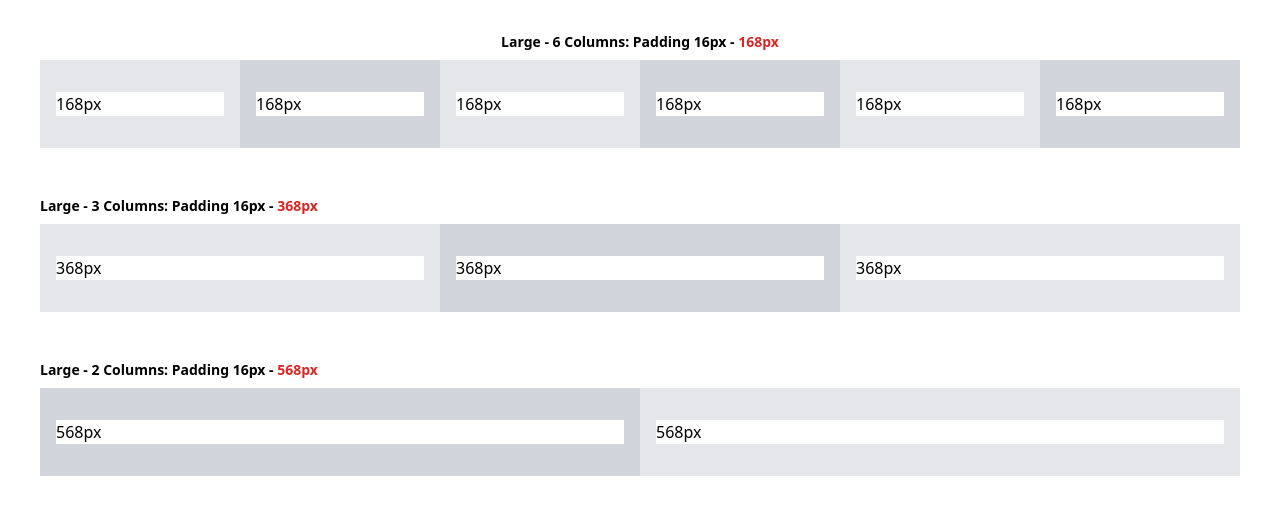
Repository: fabianwurk/vue-tailwind
Page: /
An editor plug-in stored every save of this project. The page is shown before and after the next save, followed by the edit.
The browser window is 1280 px wide. The pictures show the whole page.
The project was rebuilt for these pictures with package versions that can differ from the ones it lists, and the page was loaded fresh each time. Also part of the build but not shown: vite.config.js.

Above is the page before, as saved 2021-03-16 00:02:09.

### src/App.vue
<template>
  <Tail />
  <!-- <Wind /> -->
</template>

<script setup>
import Tail from './components/Tail.vue';
// import Wind from './components/Wind.vue';

</script>

### src/components/Tail.vue
<template>
  <div>

  <div class="container mx-auto">
    <h2 class="text-sm font-bold mb-2 mt-8 text-center">Large - 6 Columns: Padding 16px - <span class="text-red-600">{{ sixCol }}</span></h2>
    <div class="flex items-center">
      <div class="w-1/6 bg-gray-200 mb-4 mt-0 py-8 px-4">
        <span class="bg-white w-full block">{{ sixCol }}</span>
      </div>
      <div class="w-1/6 bg-gray-300 mb-4 mt-0 py-8 px-4">
        <span class="bg-white w-full block">{{ sixCol }}</span>
      </div>
      <div class="w-1/6 bg-gray-200 mb-4 mt-0 py-8 px-4">
        <span class="bg-white w-full block">{{ sixCol }}</span>
      </div>
      <div class="w-1/6 bg-gray-300 mb-4 mt-0 py-8 px-4">
        <span class="bg-white w-full block">{{ sixCol }}</span>
      </div>
      <div class="w-1/6 bg-gray-200 mb-4 mt-0 py-8 px-4">
        <span class="bg-white w-full block">{{ sixCol }}</span>
      </div>
      <div class="w-1/6 bg-gray-300 mb-4 mt-0 py-8 px-4">
        <span class="bg-white w-full block">{{ sixCol }}</span>
      </div>
    </div>
  </div>

  <div class="container mx-auto">
    <h2 class="text-sm font-bold mb-2 mt-8">Large - 3 Columns: Padding 16px - <span class="text-red-600">{{ threeCol }}</span></h2>
    <div class="flex items-center">
      <div class="w-1/3 bg-gray-200 mb-4 mt-0 py-8 px-4">
        <span class="bg-white w-full block">{{ threeCol }}</span>
      </div>
      <div class="w-1/3 bg-gray-300 mb-4 mt-0 py-8 px-4">
        <span class="bg-white w-full block">{{ threeCol }}</span>
      </div>
      <div class="w-1/3 bg-gray-200 mb-4 mt-0 py-8 px-4">
        <span class="bg-white w-full block">{{ threeCol }}</span>
      </div>
    </div>
  </div>

  <div class="container mx-auto">
    <h2 class="text-sm font-bold mb-2 mt-8">Large - 2 Columns: Padding 16px - <span class="text-red-600">{{ twoCol }}</span></h2>
    <div class="flex items-center">
      <div class="w-1/2 bg-gray-300 mb-4 mt-0 py-8 px-4">
        <span class="bg-white w-full block">{{ twoCol }}</span>
      </div>
      <div class="w-1/2 bg-gray-200 mb-4 mt-0 py-8 px-4">
        <span class="bg-white w-full block">{{ twoCol }}</span>
      </div>
    </div>
  </div>

  </div>
</template>

<script>
export default {
  data() {
    return {
      sixCol: "168px",
      threeCol: "368px",
      twoCol: "568px",
    };
  },
}
</script>

### tailwind.config.js
module.exports = {
  purge: ['./index.html', './src/**/*.{vue,js,ts,jsx,tsx}'],
  darkMode: false, // or 'media' or 'class'
  theme: {
    extend: {
      screens: {
        'xl': {'min': '1200px', 'max': '1280px'},
        '2xl': {'max': '1280px'},
      },
    },
  },
  variants: {
    extend: {},
  },
  plugins: [],
}

Loaded but not shown: index.html (common file); src/main.js (common file); src/index.css (common file)

After the next save:
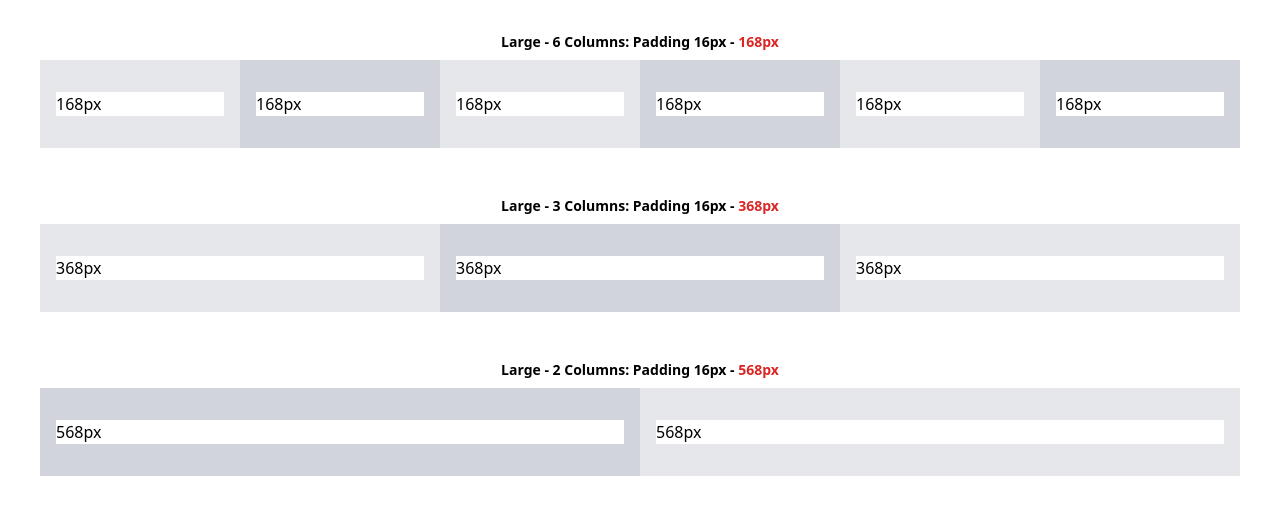
Saved 12 s later.
--- a/src/components/Tail.vue
+++ b/src/components/Tail.vue
@@ -26,7 +26,7 @@
   </div>
 
   <div class="container mx-auto">
-    <h2 class="text-sm font-bold mb-2 mt-8">Large - 3 Columns: Padding 16px - <span class="text-red-600">{{ threeCol }}</span></h2>
+    <h2 class="text-sm font-bold mb-2 mt-8 text-center">Large - 3 Columns: Padding 16px - <span class="text-red-600">{{ threeCol }}</span></h2>
     <div class="flex items-center">
       <div class="w-1/3 bg-gray-200 mb-4 mt-0 py-8 px-4">
         <span class="bg-white w-full block">{{ threeCol }}</span>
@@ -41,7 +41,7 @@
   </div>
 
   <div class="container mx-auto">
-    <h2 class="text-sm font-bold mb-2 mt-8">Large - 2 Columns: Padding 16px - <span class="text-red-600">{{ twoCol }}</span></h2>
+    <h2 class="text-sm font-bold mb-2 mt-8 text-center">Large - 2 Columns: Padding 16px - <span class="text-red-600">{{ twoCol }}</span></h2>
     <div class="flex items-center">
       <div class="w-1/2 bg-gray-300 mb-4 mt-0 py-8 px-4">
         <span class="bg-white w-full block">{{ twoCol }}</span>
